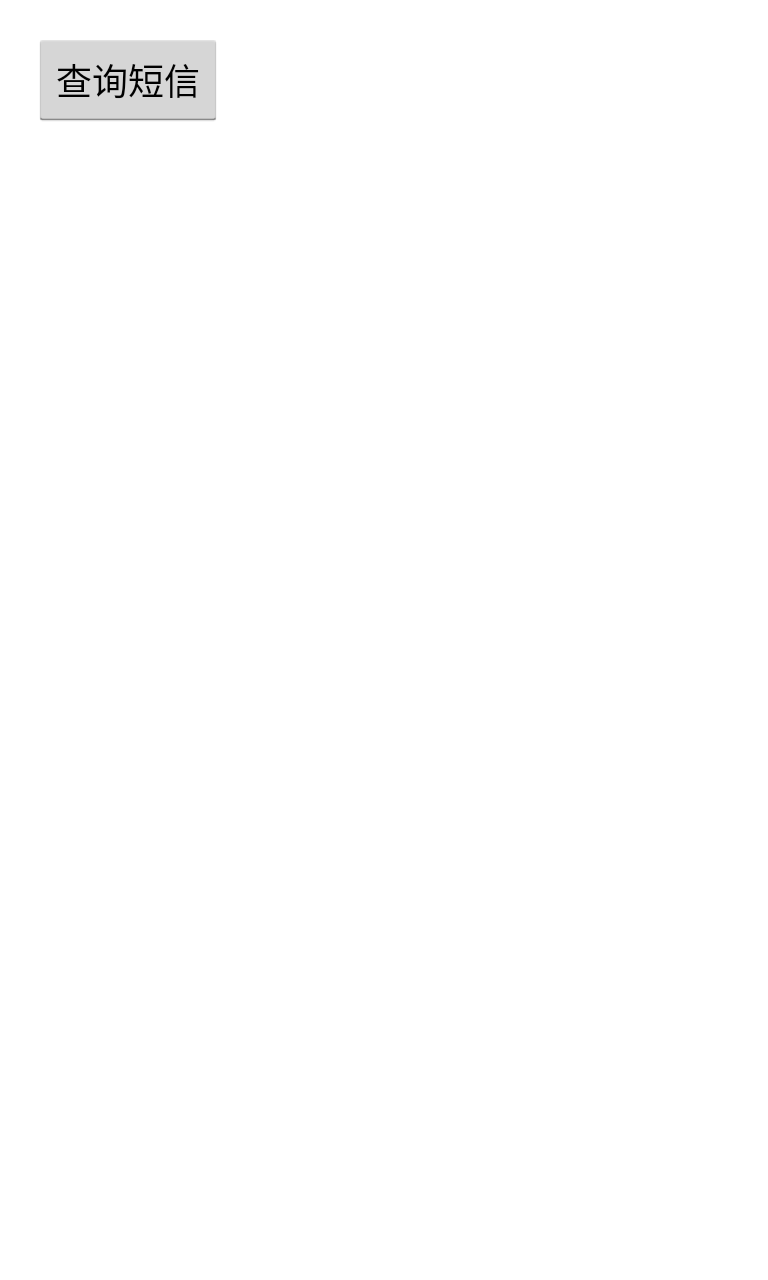
Repository: nickof/study
Layout: Android/itheima/day13_ContentProvider内容提供者/代码/Day13_04_通过内容提供者访问短信数据库/res/layout/activity_main.xml
An editor plug-in stored every save of this project. The layout is shown before and after the next save, followed by the edit.
It is drawn on a 768 x 1280 px phone screen (xhdpi) without system bars, with theme AppTheme; the app's code is not run.

Above is the layout before, as saved 2016-09-21 03:44:13.

### Android/itheima/day13_ContentProvider内容提供者/代码/Day13_04_通过内容提供者访问短信数据库/res/layout/activity_main.xml
<LinearLayout xmlns:android="http://schemas.android.com/apk/res/android"
    xmlns:tools="http://schemas.android.com/tools"
    android:layout_width="match_parent"
    android:layout_height="match_parent"
    android:paddingBottom="@dimen/activity_vertical_margin"
    android:paddingLeft="@dimen/activity_horizontal_margin"
    android:paddingRight="@dimen/activity_horizontal_margin"
    android:paddingTop="@dimen/activity_vertical_margin"
    android:orientation="vertical"
    tools:context=".MainActivity" >

    <Button
        android:layout_width="wrap_content"
        android:layout_height="wrap_content"
        android:onClick="querySms"
        android:text="查询短信" />

</LinearLayout>

Loaded but not shown: Android/itheima/day13_ContentProvider内容提供者/代码/Day13_04_通过内容提供者访问短信数据库/res/values/styles.xml (common file); Android/itheima/day13_ContentProvider内容提供者/代码/Day13_04_通过内容提供者访问短信数据库/res/values-v11/styles.xml (common file); Android/itheima/day13_ContentProvider内容提供者/代码/Day13_04_通过内容提供者访问短信数据库/res/values-v14/styles.xml (common file); Android/itheima/day13_ContentProvider内容提供者/代码/Day13_04_通过内容提供者访问短信数据库/res/values/dimens.xml (common file)

After the next save:
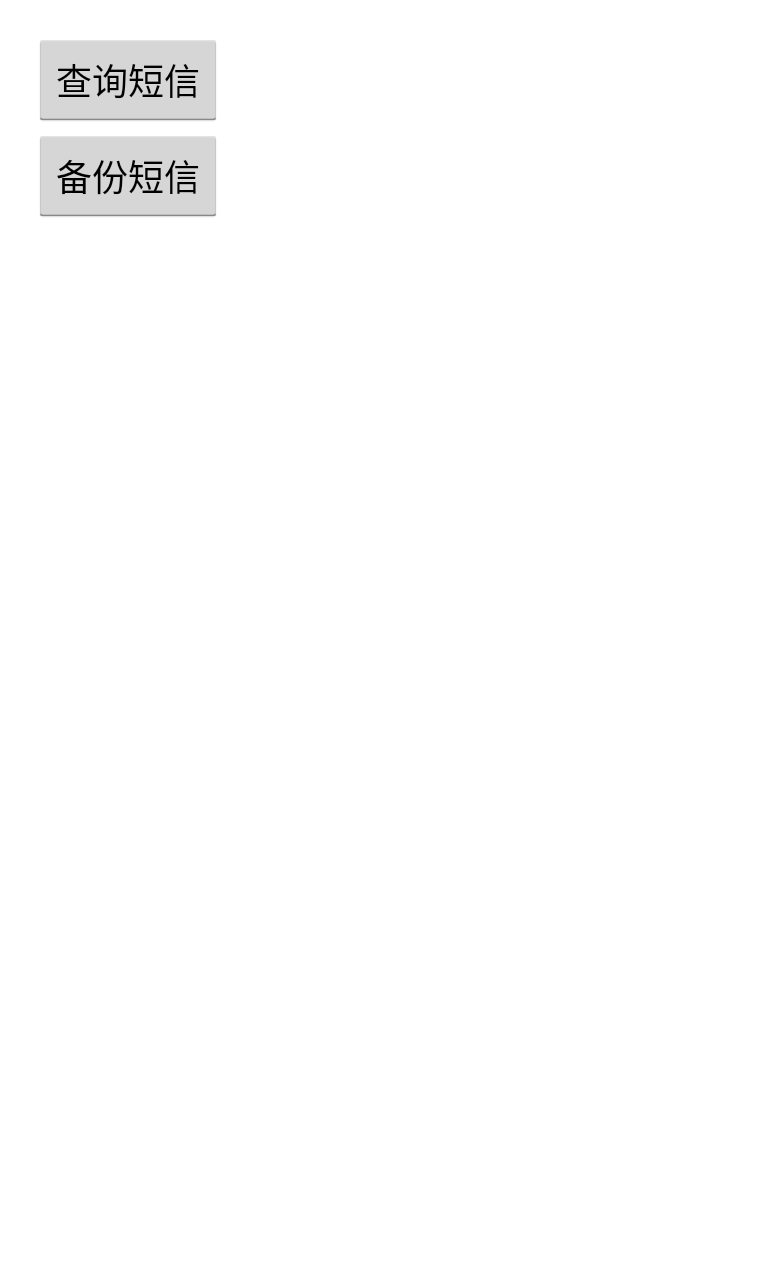
Saved 117 s later.
--- a/Android/itheima/day13_ContentProvider内容提供者/代码/Day13_04_通过内容提供者访问短信数据库/res/layout/activity_main.xml
+++ b/Android/itheima/day13_ContentProvider内容提供者/代码/Day13_04_通过内容提供者访问短信数据库/res/layout/activity_main.xml
@@ -14,5 +14,10 @@
         android:layout_height="wrap_content"
         android:onClick="querySms"
         android:text="查询短信" />
+     <Button
+        android:layout_width="wrap_content"
+        android:layout_height="wrap_content"
+        android:onClick="backup"
+        android:text="备份短信" />
 
 </LinearLayout>
